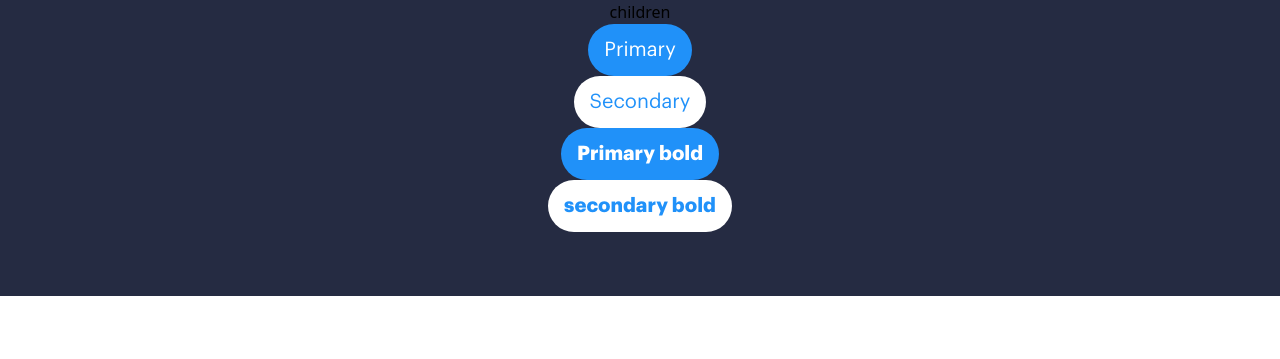
Repository: SK3010z/figmaland-tailwind
Page: /
The author's editor kept a copy of each file at every save. The page is drawn from the files as they stood at one save, then again after the next save.
The browser window is 1280 px wide. The pictures show the whole page.
The project was rebuilt for these pictures with package versions that can differ from the ones it lists, and the page was loaded fresh each time. Also part of the build but not shown: vite.config.js, src/mediaQueries.jsx.

Above is the page before, as saved 2024-08-16 15:23:51.

### index.html
<!doctype html>
<html lang="en">
  <head>
    <meta charset="UTF-8" />
    <link rel="icon" type="image/svg+xml" href="/vite.svg" />
    <meta name="viewport" content="width=device-width, initial-scale=1.0" />
    <title>FigmaLand</title>
  </head>
  <body>
    <div id="root"></div>
    <script type="module" src="/src/main.jsx"></script>
  </body>
</html>

### src/main.jsx
import { StrictMode } from 'react'
import { createRoot } from 'react-dom/client'
import App from './App.jsx'
import MediaQueries from './mediaQueries.jsx'
import './index.css'

createRoot(document.getElementById('root')).render(
  <StrictMode>
    <App/>
  </StrictMode>,
)

### src/App.jsx
import { Button } from "./components/Button"
import { Heading } from "./components/Heading"
function App() {
  return (
    <div className="bg-darkBrackground justify-center pb-16 text-center justify-items-center">

      <Heading >Hello, World!</Heading>

      <Button>Primary</Button>
      <Button variant="secondary">Secondary</Button>
      <Button isBold>Primary bold</Button>
      <Button variant="secondary" isBold>secondary bold</Button>
    </div>
  )
}

export default App

### src/index.css
@tailwind base;
@tailwind components;
@tailwind utilities;

@font-face {
  font-family: "Graphik-bold";
  src: url(./fonts/Graphik/Graphik-Bold-Trial.otf) format("opentype");
  font-style: normal;
  font-display: swap;
}
@font-face {
  font-family: "Graphik";
  src: url(./fonts/Graphik/Graphik-Regular-Trial.otf) format("opentype");
  font-style: normal;
  font-display: swap;
}

### src/components/Button/index.jsx
export const Button = ({children, variant = 'primary', isBold = false}) => {
  return (
    <button
      className={`flex m-auto items-center justify-center p-4 rounded-full bg-primary font-graphik text-xl leading-5
        ${variant === "primary"
            ? 'bg-primary text-white'
            : 'bg-white text-primary'
        }
        ${isBold && 'font-graphik-bold'}
      `}
    >
      {children}
    </button>
  );
};

### src/components/Heading/index.jsx
export const Heading = (children, type = "h1") => {
    if (type == "h1") {
        return <h1>children</h1>;
    }
    return <h2>children</h2>;
};

### tailwind.config.js
/** @type {import('tailwindcss').Config} */
export default {
  content: [
    "./index.html",
    "./src/**/*.{js,ts,jsx,tsx}",
  ],
  theme: {
    extend: {
      fontFamily: {
        'graphik': ['Graphik','sans-serif'],
        'graphik-bold': ['Graphik-bold','sans-serif']
      },
      colors: {
        primary: '#2091F9',
        text: '#252B42',
        decondaryText: '#374754',
        darkBrackground: '#252B42'
      }
    },
  },
  plugins: [],
}

After the next save:
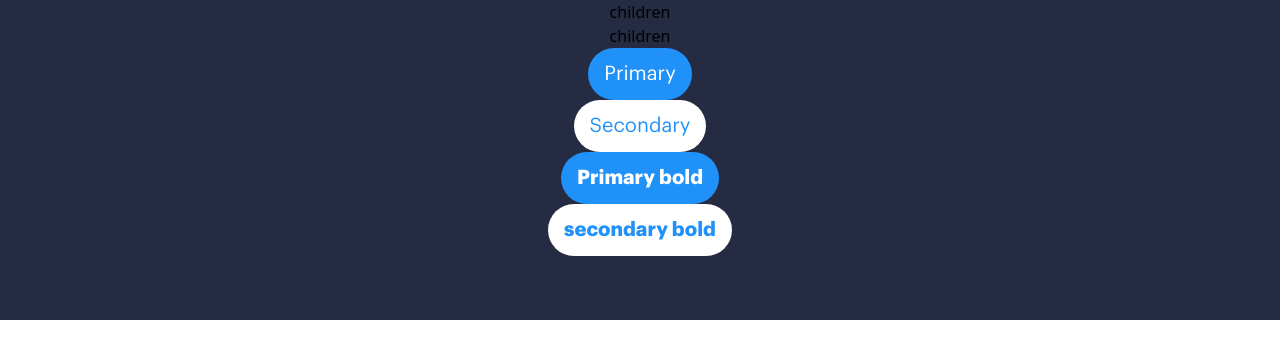
Saved 19 s later.
--- a/src/App.jsx
+++ b/src/App.jsx
@@ -4,7 +4,8 @@
   return (
     <div className="bg-darkBrackground justify-center pb-16 text-center justify-items-center">
 
-      <Heading >Hello, World!</Heading>
+      <Heading>Hello World of heading 1</Heading>
+      <Heading>Hello World of heading 2</Heading>
 
       <Button>Primary</Button>
       <Button variant="secondary">Secondary</Button>
